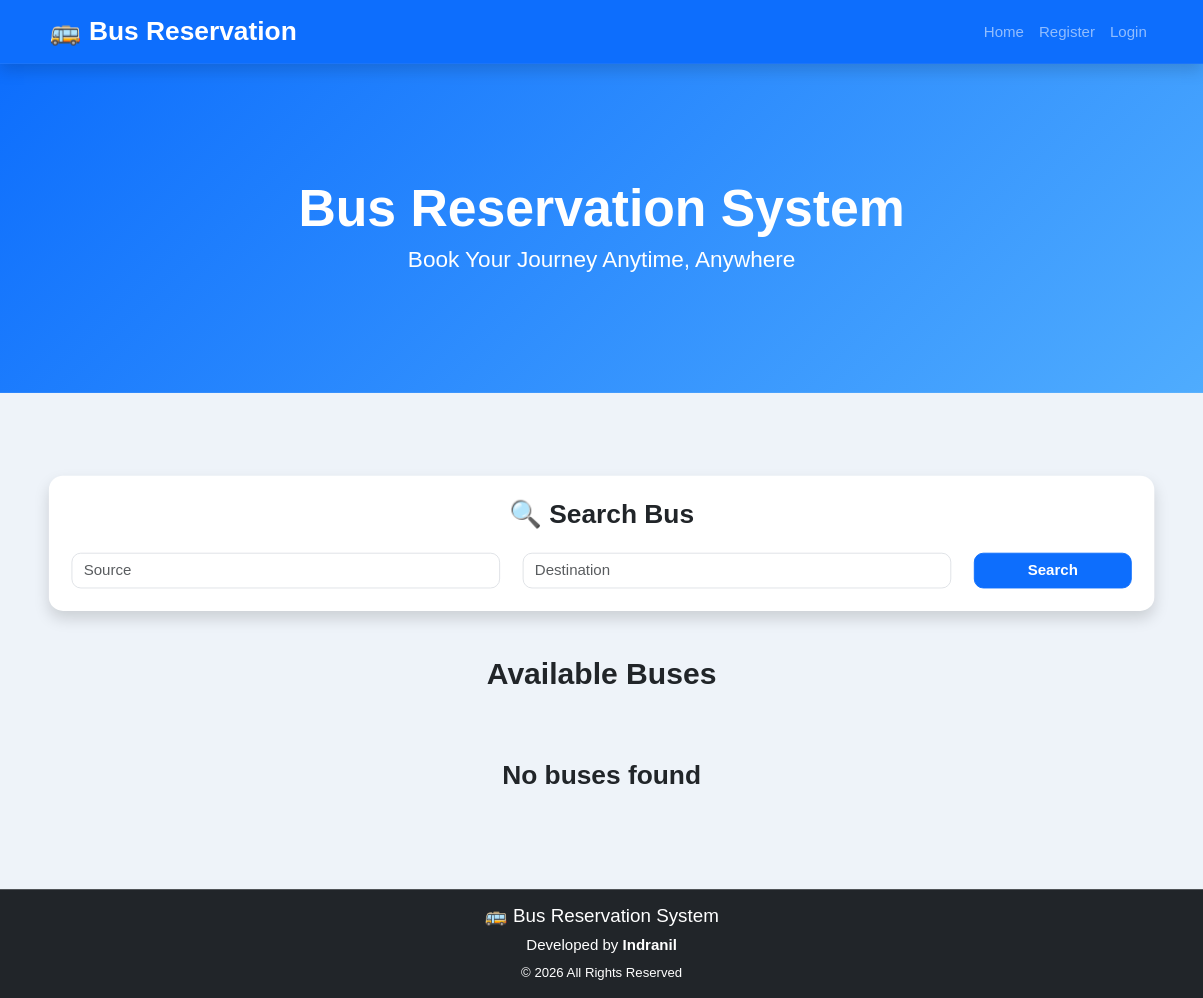
Repository: Eswarabhinay06/Bus-Reservation-System
Page: / (app in AIML-09-Bus-Reservation-System-main/bus-reservation-frontend/)
An editor plug-in stored every save of this project. The page is shown before and after the next save, followed by the edit.
The browser window is 1280 px wide. The pictures show the whole page, at 94% of full size.
The page's requests for data from a server got no answer. The project was rebuilt for these pictures with package versions that can differ from the ones it lists, and the page was loaded fresh each time. No one was signed in, and anything a server would have sent is missing. Also part of the build but not shown: AIML-09-Bus-Reservation-System-main/bus-reservation-frontend/vite.config.js, AIML-09-Bus-Reservation-System-main/bus-reservation-frontend/src/components/SeatSelection.jsx, AIML-09-Bus-Reservation-System-main/bus-reservation-frontend/src/pages/Register.jsx, AIML-09-Bus-Reservation-System-main/bus-reservation-frontend/src/pages/Login.jsx, AIML-09-Bus-Reservation-System-main/bus-reservation-frontend/src/pages/MyBookings.jsx, AIML-09-Bus-Reservation-System-main/bus-reservation-frontend/src/pages/AddBus.jsx.

Above is the page before, as saved 2026-07-14 10:11:20.

After the next save:
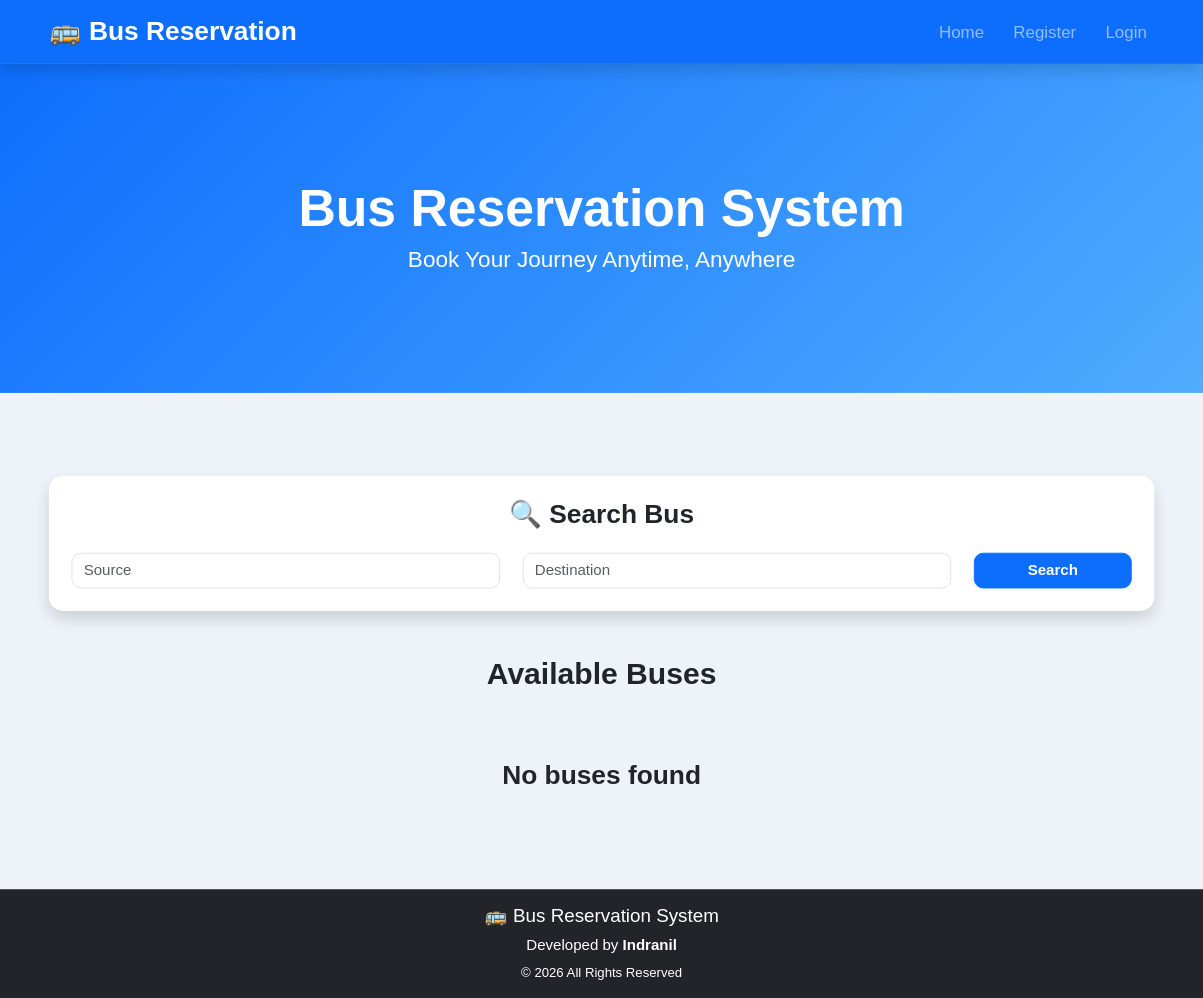
Saved 14 s later.
--- a/AIML-09-Bus-Reservation-System-main/bus-reservation-frontend/src/components/Navbar.jsx
+++ b/AIML-09-Bus-Reservation-System-main/bus-reservation-frontend/src/components/Navbar.jsx
@@ -1,5 +1,5 @@
 import { Link, useNavigate } from "react-router-dom";
-
+import "../styles/Navbar.css";
 function Navbar() {
   const navigate = useNavigate();
   const user = JSON.parse(localStorage.getItem("user"));
